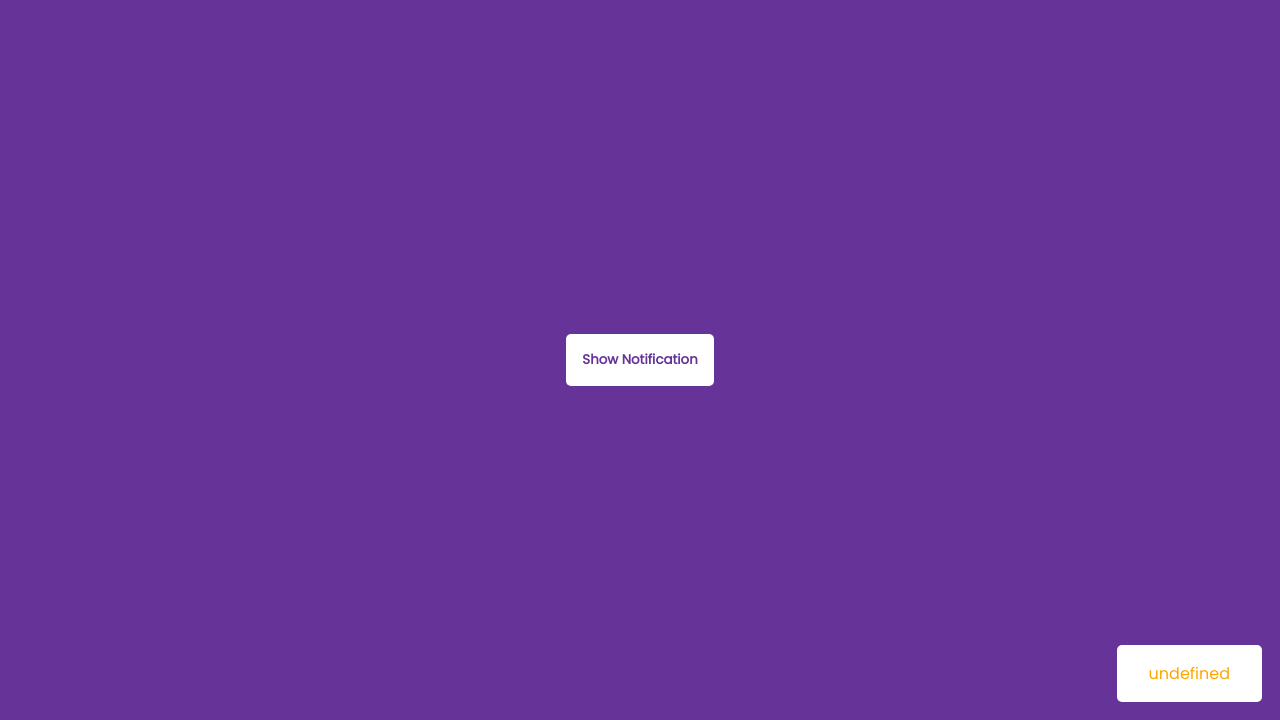
Repository: eagle-tex/50-projects-BT
Page: 27-toast-notification/index.html
The author's editor kept a copy of each file at every save. The page is drawn from the files as they stood at one save, then again after the next save.
The browser window is 1280 px wide. The pictures show the whole page.
After loading, the first visible `#button` was clicked once.

Above is the page before, as saved 2021-01-19 22:31:50.

After the next save:
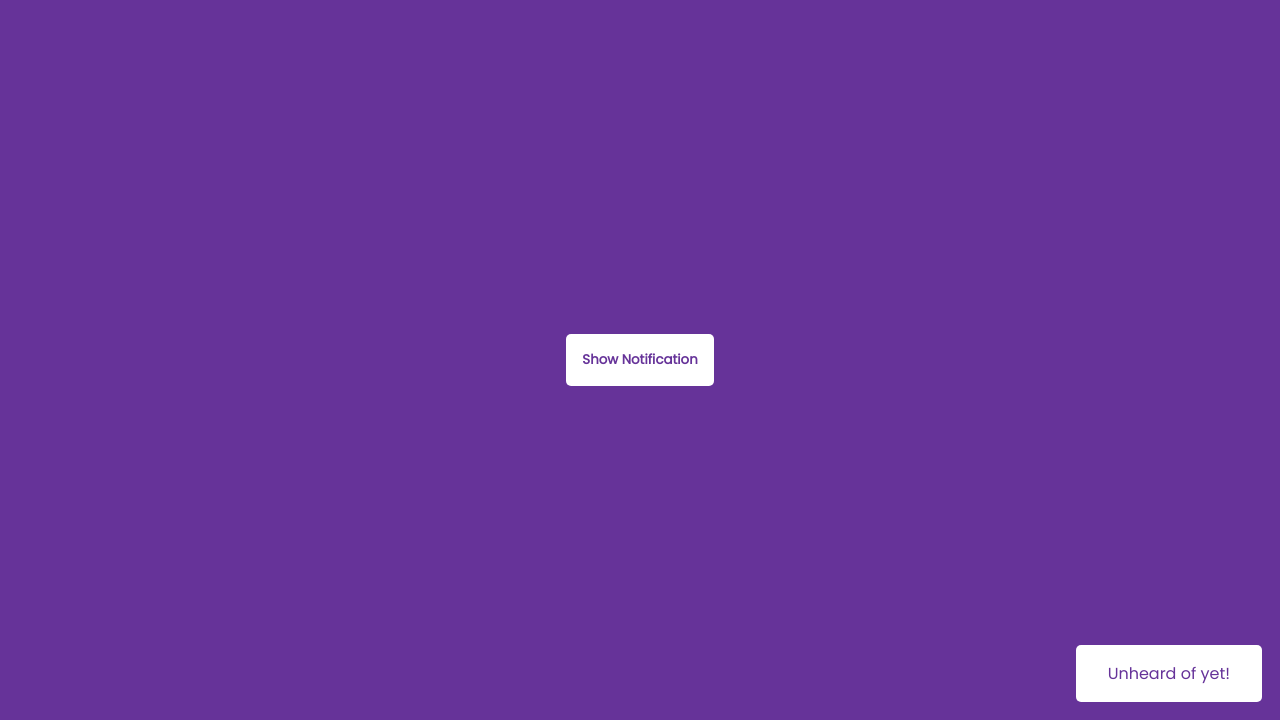
Saved 101 s later.
--- a/27-toast-notification/script.js
+++ b/27-toast-notification/script.js
@@ -11,19 +11,20 @@ const messages = [
 
 const colors = ['red', 'green', 'steelblue', 'aqua', 'orange', 'purple'];
 
-function getRandomMessage() {}
+function getRandomMessage() {
+  return messages[Math.floor(Math.random() * messages.length)];
+}
 
 function createNotification() {
-  const message = messages[Math.floor(Math.random() * messages.length)];
   const color = colors[Math.floor(Math.random() * colors.length)];
 
   const notif = document.createElement('div');
   notif.classList.add('toast');
   notif.innerText = getRandomMessage();
-  notif.style.color = color;
-  notif.style.right = 10;
-  notif.style.bottom = 10;
   toasts.appendChild(notif);
+  // notif.style.color = color;
+  // notif.style.right = 10;
+  // notif.style.bottom = 10;
 
   setTimeout(() => {
     toasts.removeChild(notif);
